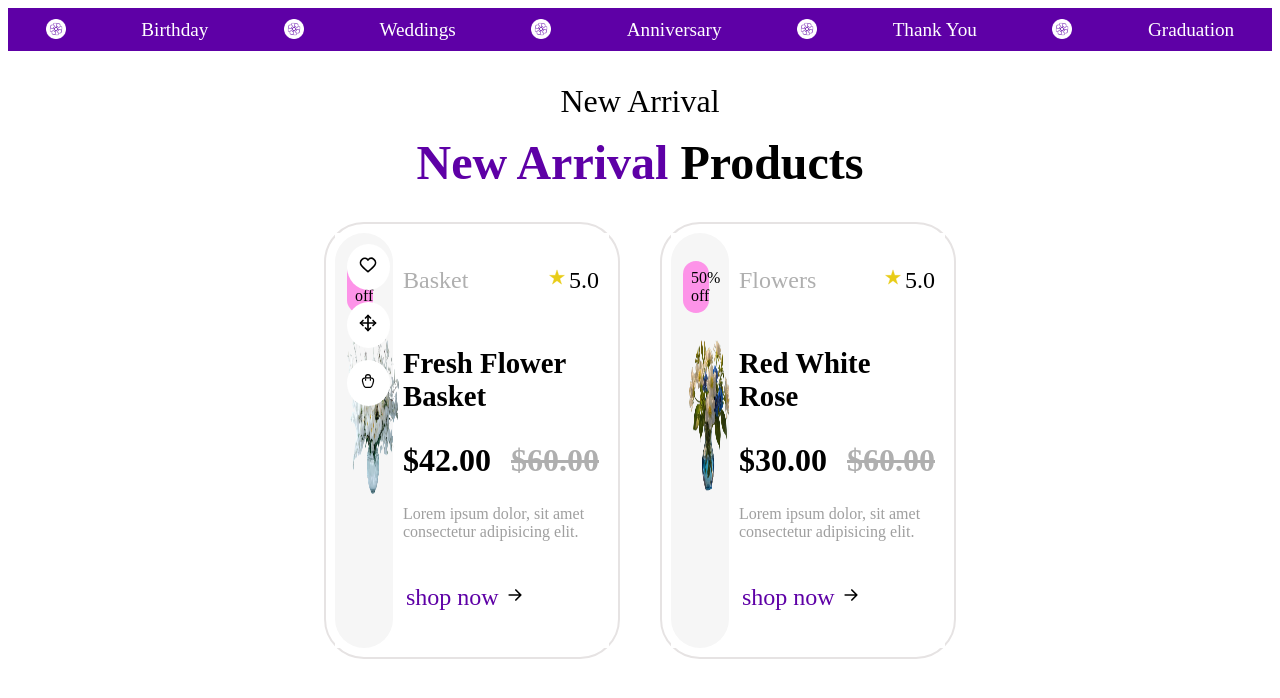
Repository: KolawoleTemilade/classroom-learning
Page: newarrival/index.html
The author's editor kept a copy of each file at every save. The page is drawn from the files as they stood at one save, then again after the next save.
The browser window is 1280 px wide. The pictures show the whole page.

Above is the page before, as saved 2025-10-02 09:15:37.

### newarrival/index.html
<!DOCTYPE html>
<html lang="en">
  <head>
    <meta charset="UTF-8" />
    <meta name="viewport" content="width=h, initial-scale=1.0" />
    <title>new arrival</title>
    <link rel="stylesheet" href="style.css" />
  </head>
  <body>
    <div class="marq-sect">
      <div class="marque">
        <img
          src="../newarrival/images/icons/marqueflower.png"
          alt="flower-icon"
          width="20"
          height="20"
        />
        <span>birthday</span>
        <img
          src="../newarrival/images/icons/marqueflower.png"
          alt="flower-icon"
          width="20"
          height="20"
        />
        <span>weddings</span>
        <img
          src="../newarrival/images/icons/marqueflower.png"
          alt="flower-icon"
          width="20"
          height="20"
        />
        <span>anniversary</span>
        <img
          src="../newarrival/images/icons/marqueflower.png"
          alt="flower-icon"
          width="20"
          height="20"
        />
        <span>thank you</span>
        <img
          src="../newarrival/images/icons/marqueflower.png"
          alt="flower-icon"
          width="20"
          height="20"
        />
        <span>graduation</span>
      </div>
    </div>
    <section class="new-arrival-sect">
      <div class="new-arrival">
        <div class="new-arrival-title">
          <p class="title1">
            new arrival
            <span class="title2"
              >new arrival <span class="product-title">products</span></span
            >
          </p>
        </div>
        <section class="card-sec">
          <div class="new-arrival-product-card">
            <div class="product-card">
              <div class="img-sect">
                <img
                  src="./images/new-arrival/flower4.png"
                  alt="flower1"
                  width="200"
                  height="2 ,8>00"
                />
                <div class="absolute-container">
                  <p class="slash">30% off</p>
                  <div class="icons-sec">
                    <div class="icons">
                      <img
                        src="./images/icons/heart.svg"
                        alt="heart"
                        width="20"
                        height="20"
                      />
                    </div>
                    <div class="icons">
                      <img
                        src="./images/icons/crossedarrow.svg"
                        alt="arrow"
                        width="20"
                        height="20"
                      />
                    </div>
                    <div class="icons">
                      <img
                        src="./images/icons/shoppingbag.svg"
                        alt="shoppingbag"
                        width="20"
                        height="20"
                      />
                    </div>
                  </div>
                </div>
              </div>
              <div class="text-sect">
                <div class="basket-sec">
                  <p>basket</p>
                  <div class="rating-sec">
                    <img
                      src="./images/icons/ratings.svg"
                      alt="ratings"
                      width="20"
                      height="20"
                    />
                    <span>5.0</span>
                  </div>
                </div>
                <div class="fresh-flower-sec">
                  <h3>fresh flower basket</h3>
                  <h2>$42.00 <span class="slashed"> $60.00</span></h2>
                  <p>
                    Lorem ipsum dolor, sit amet consectetur adipisicing elit.
                  </p>
                  <div class="shop-btn">
                    <p>
                      shop now
                      <span
                        ><img
                          src="./images/icons/rightarrow.svg"
                          alt="right arrow"
                          width="20"
                          height="20"
                      /></span>
                    </p>
                  </div>
                </div>
              </div>
            </div>
          </div>
          <div class="new-arrival-product-card">
            <div class="product-card">
              <div class="img-sect">
                <img
                  src="./images/new-arrival/flower6.png"
                  alt="flower6"
                  width="200"
                  height="2 ,8>00"
                />
                <div class="absolute-container">
                  <p class="slash">50% off</p>
                  <div class="icons-sec2">
                    <div class="icons">
                      <img
                        src="./images/icons/heart.svg"
                        alt="heart"
                        width="20"
                        height="20"
                      />
                    </div>
                    <div class="icons">
                      <img
                        src="./images/icons/crossedarrow.svg"
                        alt="arrow"
                        width="20"
                        height="20"
                      />
                    </div>
                    <div class="icons">
                      <img
                        src="./images/icons/shoppingbag.svg"
                        alt="shoppingbag"
                        width="20"
                        height="20"
                      />
                    </div>
                  </div>
                </div>
              </div>
              <div class="text-sect">
                <div class="basket-sec">
                  <p>flowers</p>
                  <div class="rating-sec">
                    <img
                      src="./images/icons/ratings.svg"
                      alt="ratings"
                      width="20"
                      height="20"
                    />
                    <span>5.0</span>
                  </div>
                </div>
                <div class="fresh-flower-sec">
                  <h3>red white rose</h3>
                  <h2>$30.00 <span class="slashed"> $60.00</span></h2>
                  <p>
                    Lorem ipsum dolor, sit amet consectetur adipisicing elit.
                  </p>
                  <div class="shop-btn">
                    <p>
                      shop now
                      <span
                        ><img
                          src="./images/icons/rightarrow.svg"
                          alt="right arrow"
                          width="20"
                          height="20"
                      /></span>
                    </p>
                  </div>
                </div>
              </div>
            </div>
          </div>
        </section>
      </div>
    </section>
  </body>
</html>

### newarrival/style.css
.marq-sect {
  background-color: #5e00a6;
  height: 6vh;
  width: 100%;
  align-content: center;
}
.marque {
  display: flex;
  align-content: center;
  justify-content: space-around;
}
.marque > span {
  text-transform: capitalize;
  color: white;
  font-size: 1.2rem;
}

.new-arrival-sect > .new-arrival {
  display: flex;
  flex-direction: column;
  align-items: center;
  justify-content: center;
  /* width: 100%; */
}
.title1 {
  font-size: 2rem;
  display: flex;
  flex-direction: column;
  align-items: center;
  justify-content: center;
  gap: 15px;
  text-transform: capitalize;
}
.title2 {
  font-size: 3rem;
  color: #5e00a6;
  font-weight: 700;
}
.product-title {
  color: black;
  font-size: 3rem;
  font-weight: 700;
}
.card-sec {
  display: flex;
  gap:40px;
  width: 50%;
}
.new-arrival-product-card {
  border: 2px solid rgb(230, 227, 227);
  padding: 9px;
  border-radius: 40px;
  background-color: #ffffff;
  width: 100%;
}

.product-card {
  display: flex;
  background-color: #ffffff;
  width: 100%;

}
.img-sect {
  position: relative;
  border: 3px solid transparent;
  border-radius: 40px;
  background-color: #f6f6f6;
  width: 100%;
  padding: 9px;
}
.img-sect > img {
  position: absolute;
  top: 15%;
  width: 100%;
  height: 30vh;
}
.absolute-container > p {
  padding: 8px;
  width: 20%;
  border-radius: 20px;
}
.slash {
  position: absolute;
  /* top: 1%; */
  background: #fd93e8;
}

.icons-sec {
  position: absolute;
  top: 2%;
  right: 2%;
  display: flex;
  flex-direction: column;
  gap: 12px;
}
.icons {
  padding: 10px;
  width: 50%;
  border: 1px solid transparent;
  border-radius: 50%;
  background-color: white;
}
.text-sect {
  width: 100%;
  padding: 10px;
}
.basket-sec {
  display: flex;
  justify-content: space-between;
  align-items: center;
}
.basket-sec > p {
  text-transform: capitalize;
  color: #afafaf;
  font-size: 1.5rem;
}
.rating-sec {
  display: flex;
  gap: 2px;
  font-size: 1.5rem;
}
.fresh-flower-sec > h3 {
  font-size: 1.8rem;
  text-transform: capitalize;
  font-weight: 600;
}
.fresh-flower-sec > h2 {
  font-size: 2rem;
  display: flex;
  gap: 20px;
}
.slashed {
  color: #afafaf;
  text-decoration: line-through;
}
.fresh-flower-sec > p {
  font-size: 1.rem;
  color: #9f9f9f;
}
.shop-btn {
  color: #5e00a6;
  display: flex;
  align-items: center;
  padding: 3px;
  font-size: 1.5rem;
}
.icons-sec2 {
    display: none;
}

After the next save:
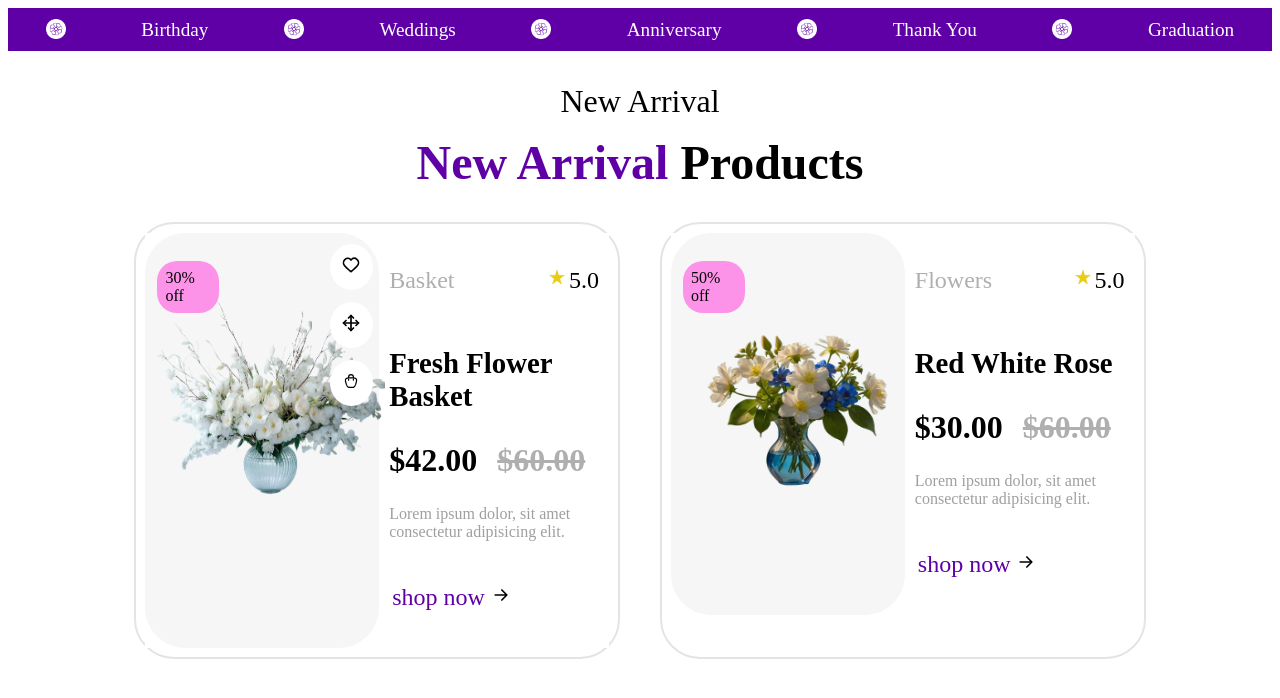
Saved 6 s later.
--- a/newarrival/style.css
+++ b/newarrival/style.css
@@ -44,7 +44,7 @@
 .card-sec {
   display: flex;
   gap:40px;
-  width: 50%;
+  width: 80%;
 }
 .new-arrival-product-card {
   border: 2px solid rgb(230, 227, 227);
